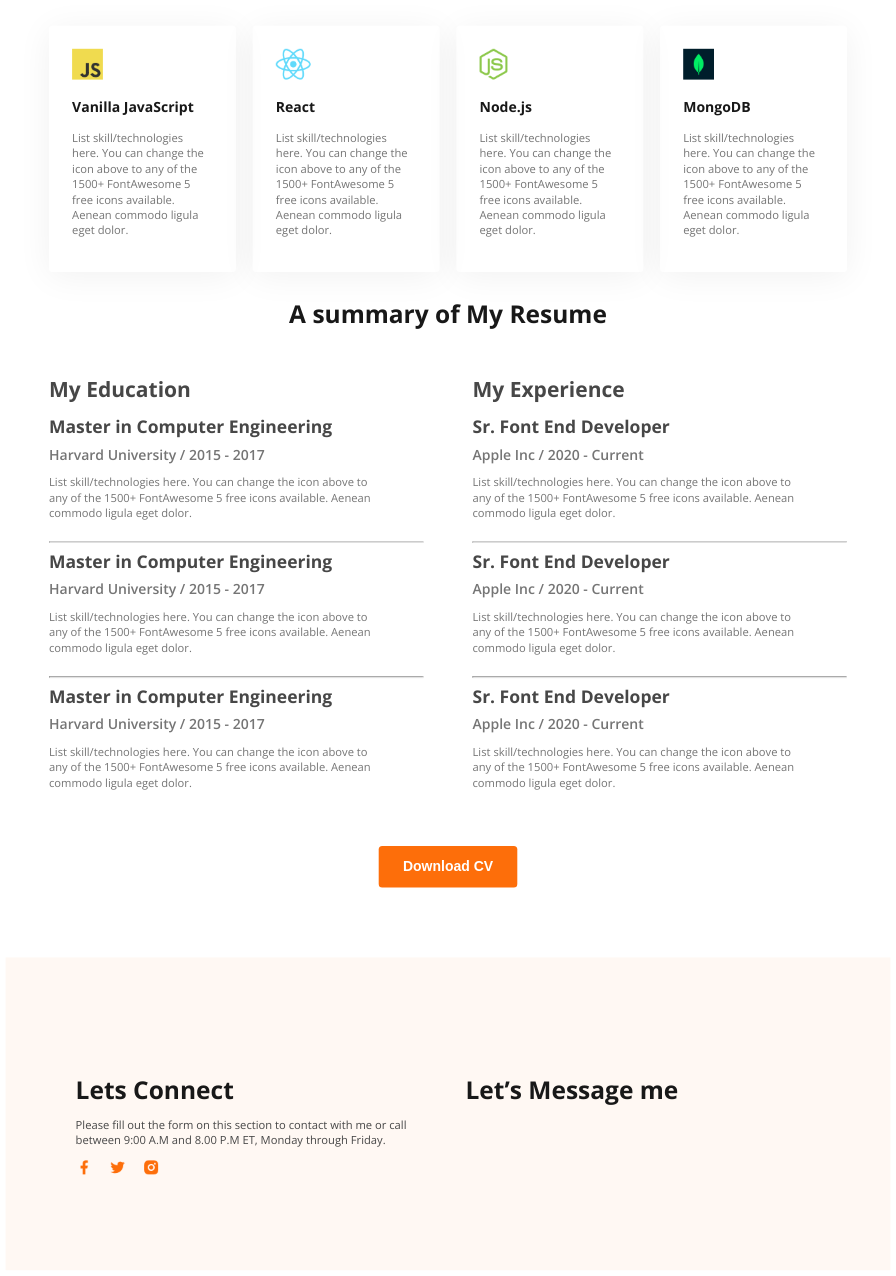
Repository: ShouravAhammed/Simple-Portfolio-Webpage
Page: index.html
The author's editor kept a copy of each file at every save. The page is drawn from the files as they stood at one save, then again after the next save.
The browser window is 1280 px wide. The pictures show the part of the page from y = 1824 to 3744 px (the page is 3647 px tall before and 3744 px after), at 70% of full size.

Above is the page before, as saved 2024-01-06 04:03:46.

After the next save:
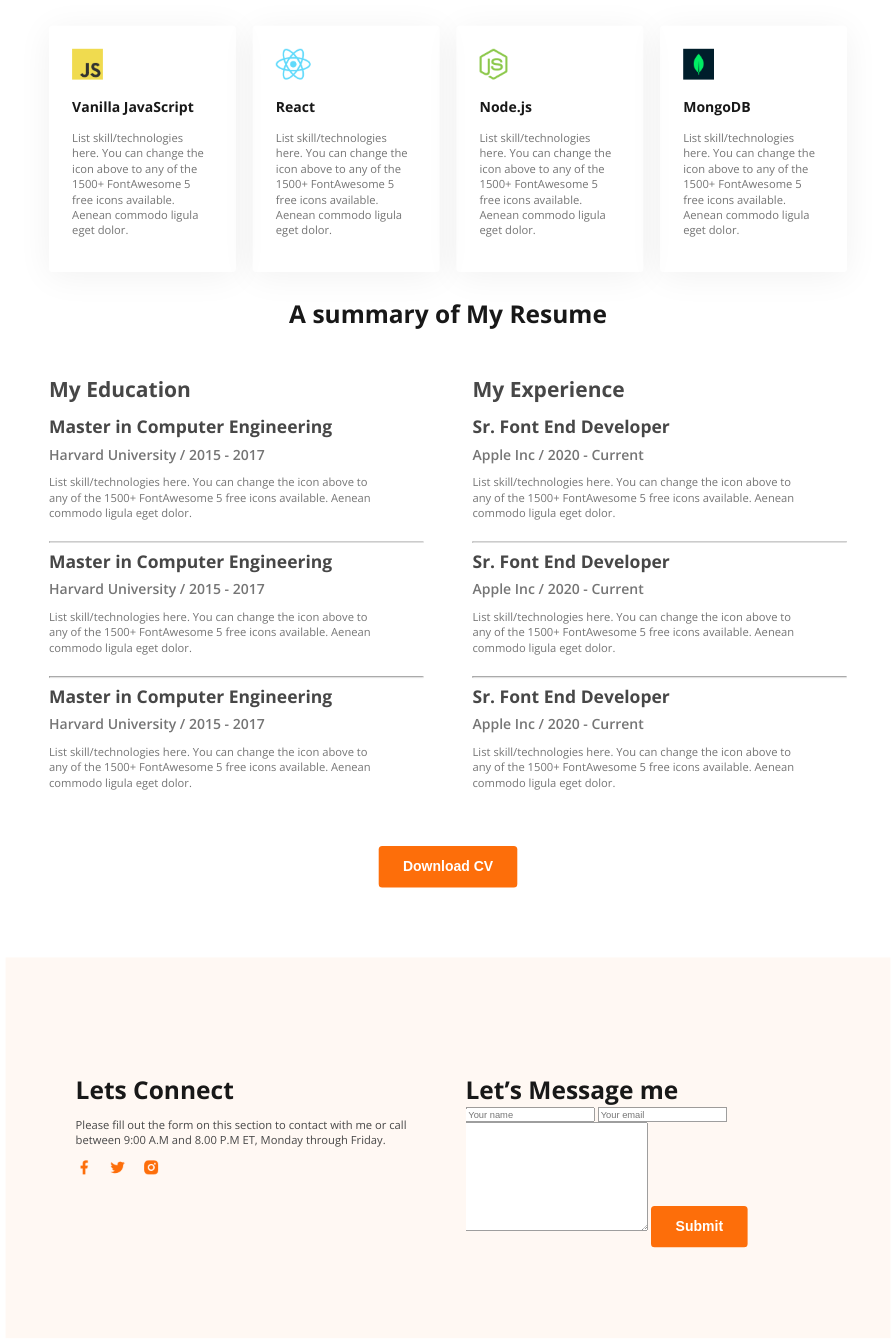
Saved 3 min 24 s later.
--- a/index.html
+++ b/index.html
@@ -145,7 +145,12 @@
         </div>
         <div class="footer-column">
             <h3 class="section-title left-align">Let’s Message me</h3>
-
+            <form class="contact" action="">
+                <input type="name" placeholder="Your name" alt="">
+                <input type="email" placeholder="Your email" alt="">
+                <textarea name="" id="" cols="30" rows="10"></textarea>
+                <input type="submit" class="btn-primary">
+            </form>
         </div>
 
     </footer>
